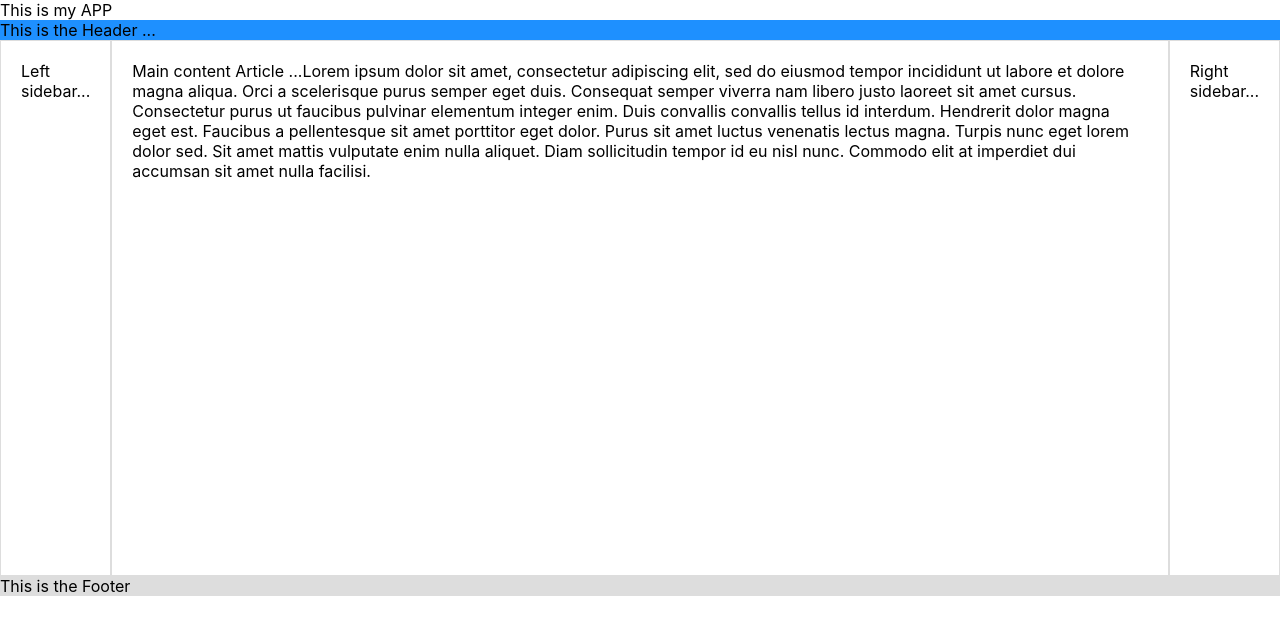
Repository: vnevescode/ui-components-react
Page: /
An editor plug-in stored every save of this project. The page is shown before and after the next save, followed by the edit.
The browser window is 1280 px wide. The pictures show the whole page.
The project was rebuilt for these pictures with package versions that can differ from the ones it lists, and the page was loaded fresh each time. Also part of the build but not shown: src/components/Cards/Cards.styles.css, src/components/Cards/Cards.jsx.

Above is the page before, as saved 2022-06-09 22:59:06.

### src/App.js
import React from 'react';
import Cards from './components/Cards/Cards';
import HolyGrailLayout from './components/HolyGrailLayout/HolyGrailLayout';

function App() {
  return (
    <div className="App">
      <div>This is my APP</div>
      <HolyGrailLayout/>
    </div>
  );
}

export default App;

### src/components/HolyGrailLayout/HolyGrailLayout.jsx
import React from 'react'
import './HolyGrailLayout.styles.css'

const HolyGrailLayout = () => {
  return (
    <>
        <div className="container">
            <header className='container__header'>
                {'This is the Header ... '}
            </header>
            <main className='container__main'>
                {/* Left sidebar */}
                <aside className='container__left'>
                    {' Left sidebar...'}
                </aside>
                {/* Main content */}
                <article className='container__middle'>
                    {' Main content Article ...'}
                    {'Lorem ipsum dolor sit amet, consectetur adipiscing elit, sed do eiusmod tempor incididunt ut labore et dolore magna aliqua. Orci a scelerisque purus semper eget duis. Consequat semper viverra nam libero justo laoreet sit amet cursus. Consectetur purus ut faucibus pulvinar elementum integer enim. Duis convallis convallis tellus id interdum. Hendrerit dolor magna eget est. Faucibus a pellentesque sit amet porttitor eget dolor. Purus sit amet luctus venenatis lectus magna. Turpis nunc eget lorem dolor sed. Sit amet mattis vulputate enim nulla aliquet. Diam sollicitudin tempor id eu nisl nunc. Commodo elit at imperdiet dui accumsan sit amet nulla facilisi.'}
                </article>

                {/* Right sidebar */}
                <nav className='container__right'>
                    {' Right sidebar...'}
                </nav>
            </main>
            <footer className='container__footer'>
                {'This is the Footer'}
            </footer>
        </div>
    </>
  )
}

export default HolyGrailLayout

### src/components/HolyGrailLayout/HolyGrailLayout.styles.css
.container{
    display: flex;
    flex-direction: column;
    height: 80vh;
    }
    .container__header{
        background-color: dodgerblue;
    }
    .container__main{
        /* Take the remaining height */
        flex-grow: 1;
        /*  Layout the left sidebar, main content and right sidebar */
        display: flex;
        flex-direction: row;
    }

    .container__left{
        width: 25%;
        padding: 20px;
        align-items: flex-end;
        border: 1px solid #ddd;
    }
    .container__middle{
        /* Take the remaining width */
        flex-grow: 1;
        padding: 20px;
        border: 1px solid #ddd;
    }

    .container__right{
        width: 20%;
        padding: 20px;
        border: 1px solid #ddd;
    }

    .container__footer{
        background-color: #ddd;
    }

Loaded but not shown: public/index.html (common file); src/index.js (common file); src/index.css (common file)

After the next save:
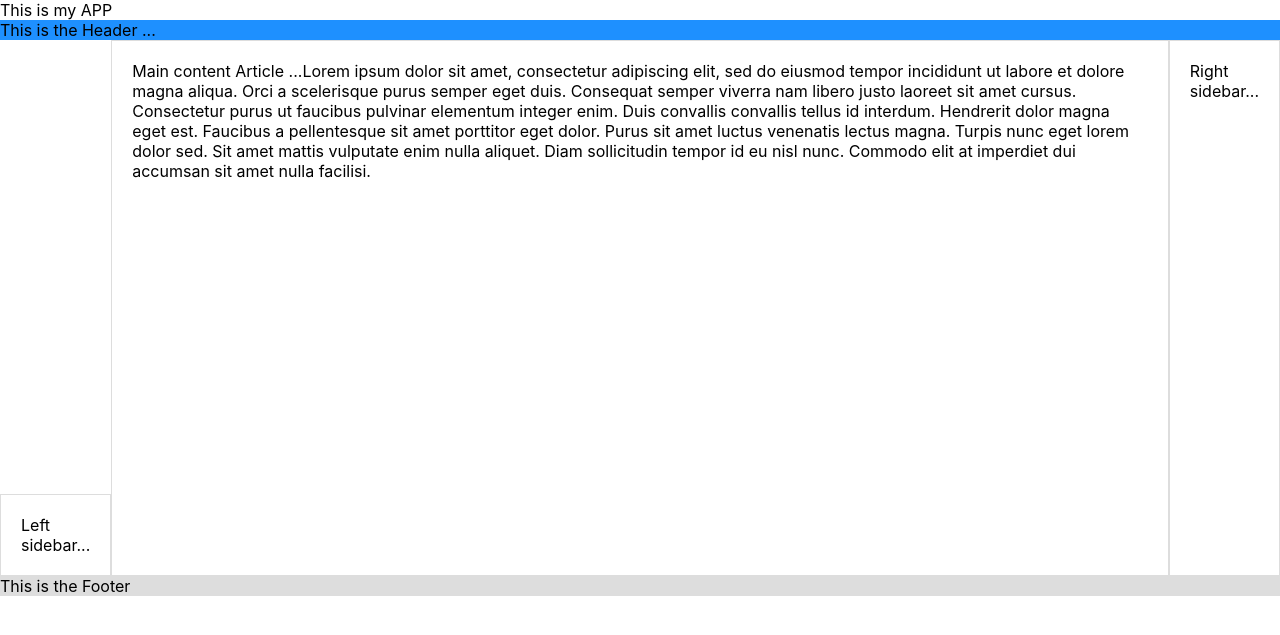
Saved 12 s later.
--- a/src/components/HolyGrailLayout/HolyGrailLayout.styles.css
+++ b/src/components/HolyGrailLayout/HolyGrailLayout.styles.css
@@ -17,7 +17,7 @@
     .container__left{
         width: 25%;
         padding: 20px;
-        align-items: flex-end;
+        align-self: flex-end;
         border: 1px solid #ddd;
     }
     .container__middle{

After the save that followed:
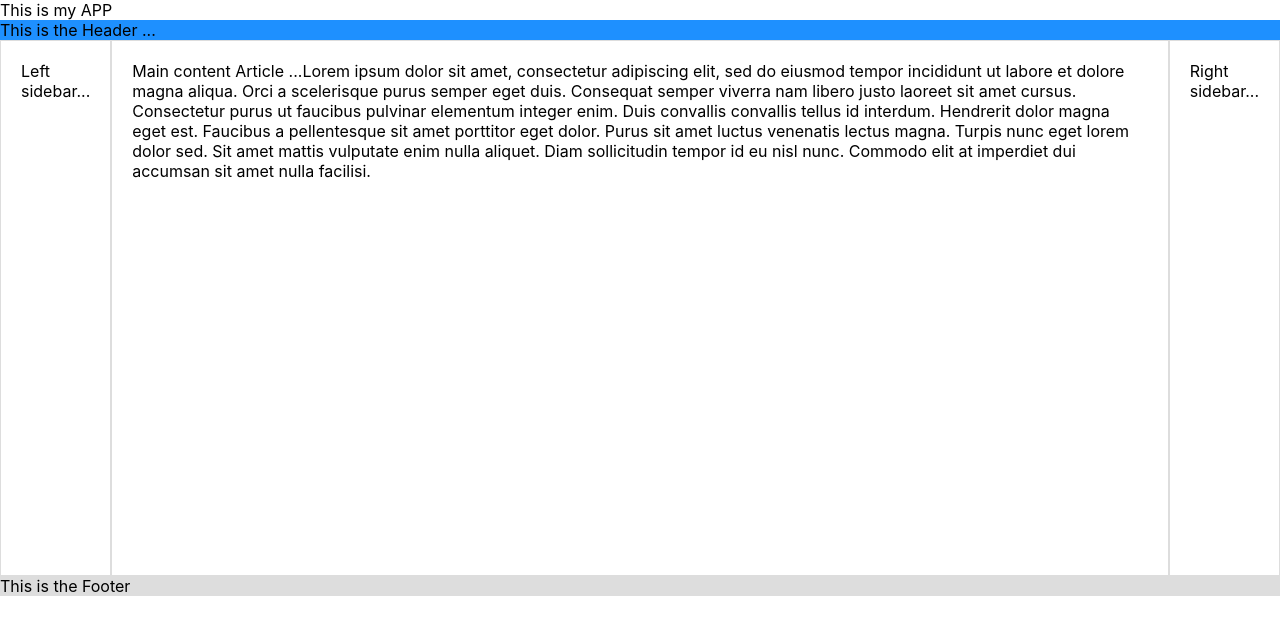
Saved 10 s later.
--- a/src/components/HolyGrailLayout/HolyGrailLayout.styles.css
+++ b/src/components/HolyGrailLayout/HolyGrailLayout.styles.css
@@ -17,7 +17,6 @@
     .container__left{
         width: 25%;
         padding: 20px;
-        align-self: flex-end;
         border: 1px solid #ddd;
     }
     .container__middle{
